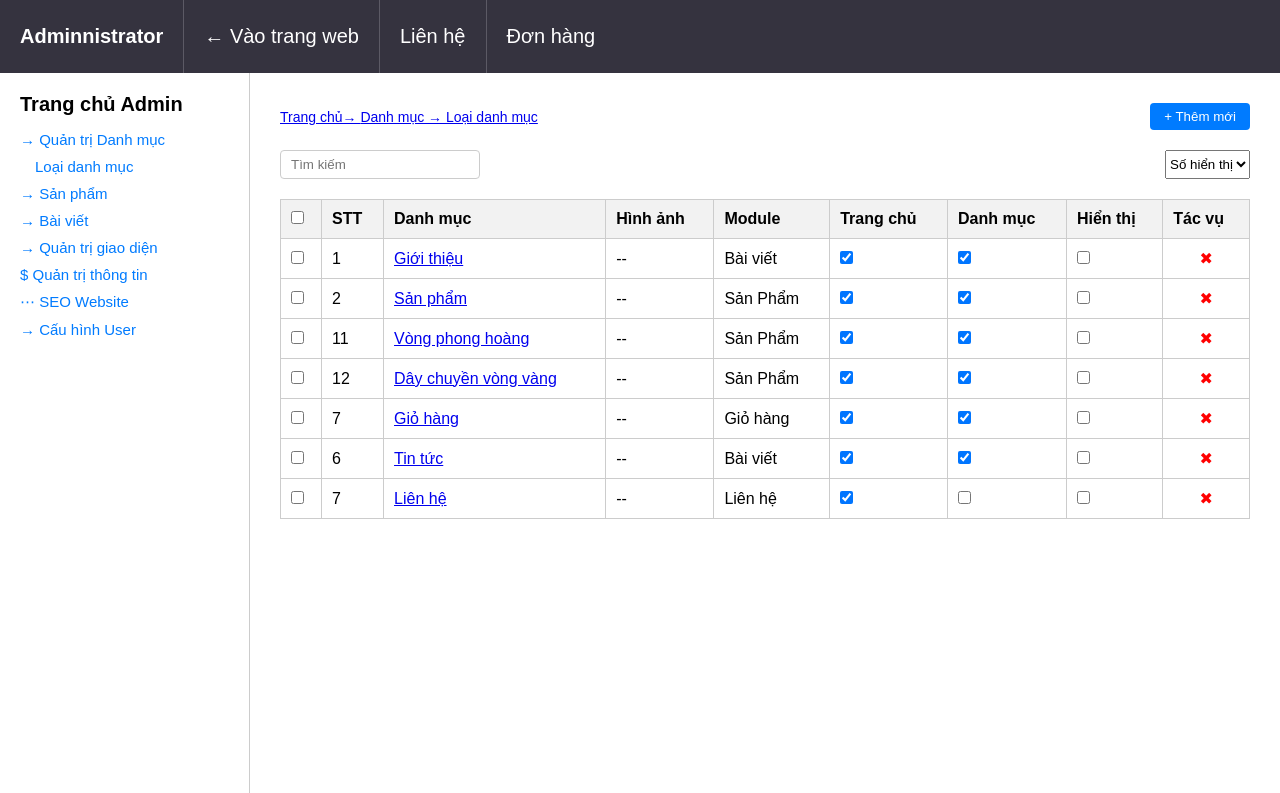
Repository: TranTanDat0606/Du-An-1
Page: Admin]/admin.html
An editor plug-in stored every save of this project. The page is shown before and after a run of saves, followed by the edit.
The browser window is 1280 px wide. The pictures show the whole page.

Above is the page before, as saved 2025-07-31 08:44:02.

After the next 3 saves:
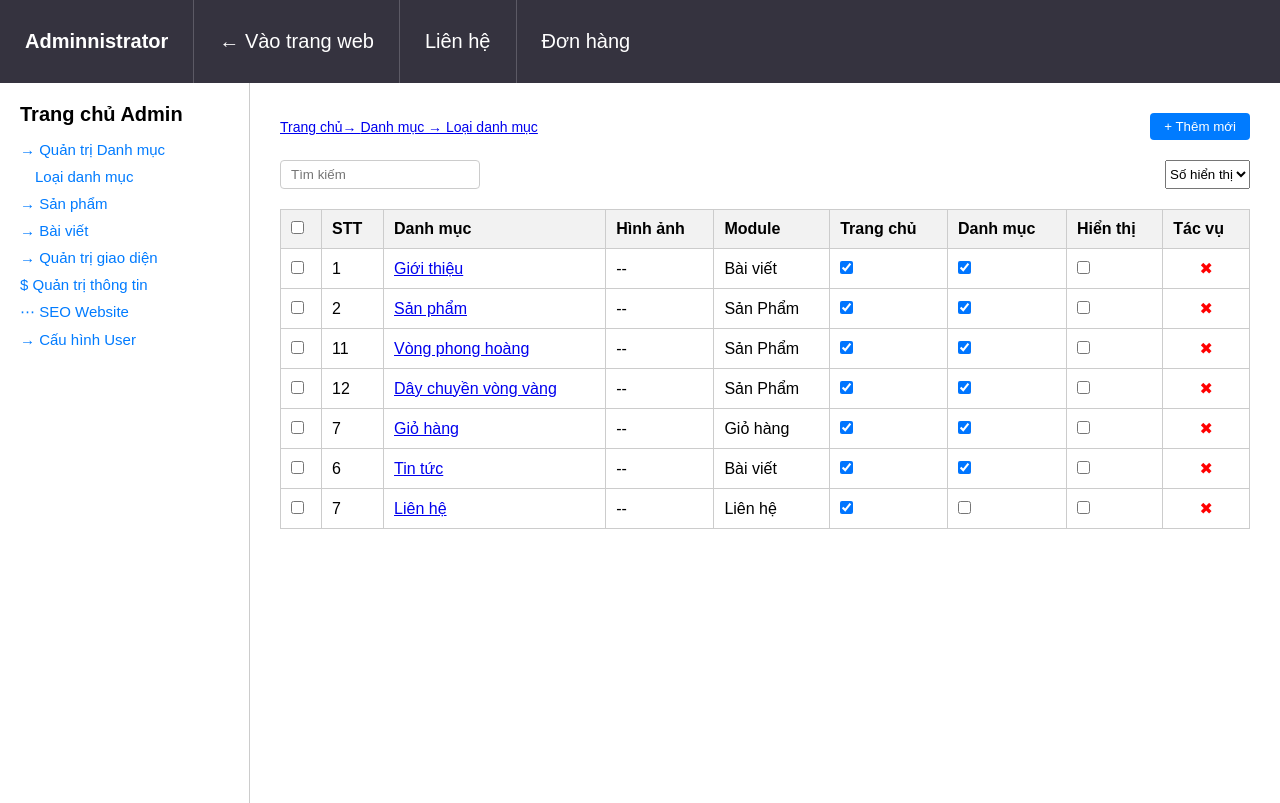
The 3 saves are shown as one change because they came seconds apart.
The last was saved 23 s later.
--- a/Admin]/admin.css
+++ b/Admin]/admin.css
@@ -17,7 +17,7 @@
 }
 
 .admin-navbar-item {
-    padding: 25px 20px;
+    padding: 30px 25px;
     color: #fff;
     text-decoration: none;
     border-left: 1px solid #5c5a65;
